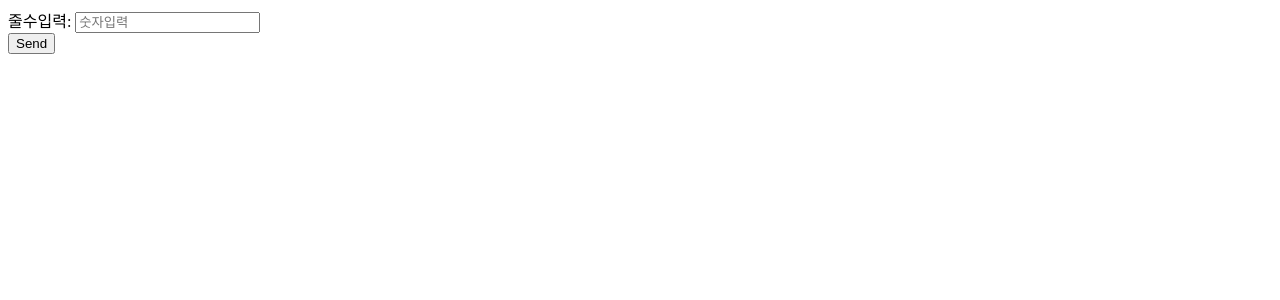
Repository: pillz9408/Jsp-Servlet
Page: jspstudy/day01/src/main/webapp/tableStack.html
An editor plug-in stored every save of this project. The page is shown before and after the next save, followed by the edit.
The browser window is 1280 px wide. The pictures show the whole page.

Above is the page before, as saved 2022-10-05 00:45:26.

### jspstudy/day01/src/main/webapp/tableStack.html
<!DOCTYPE html>
<html>
<head>
<meta charset="UTF-8">
<title>title Stack</title>
</head>
<body>
<form action="stack">
	줄수입력:  <input type="text" name="num" placeholder = "숫자입력"><br>
	<input type="submit" value ="Send">
</form>
</body>
</html>

After the next save:
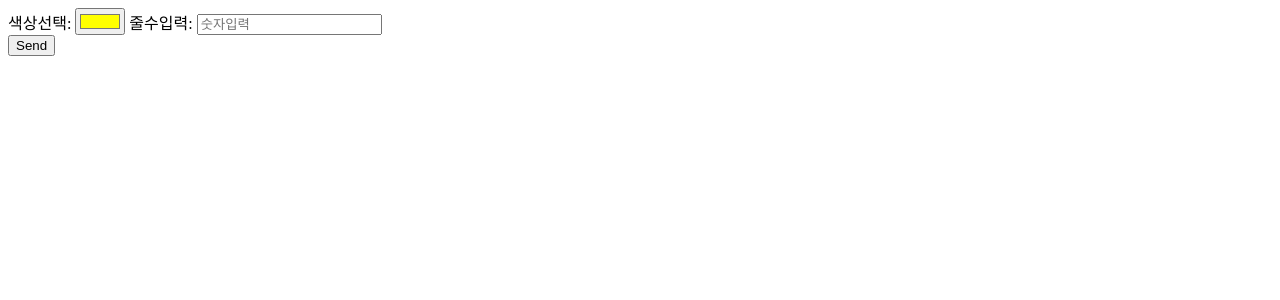
Saved 4 min 43 s later.
--- a/jspstudy/day01/src/main/webapp/tableStack.html
+++ b/jspstudy/day01/src/main/webapp/tableStack.html
@@ -6,6 +6,7 @@
 </head>
 <body>
 <form action="stack">
+	색상선택: <input type="color" name="color" value="#FFFF00" >
 	줄수입력:  <input type="text" name="num" placeholder = "숫자입력"><br>
 	<input type="submit" value ="Send">
 </form>
